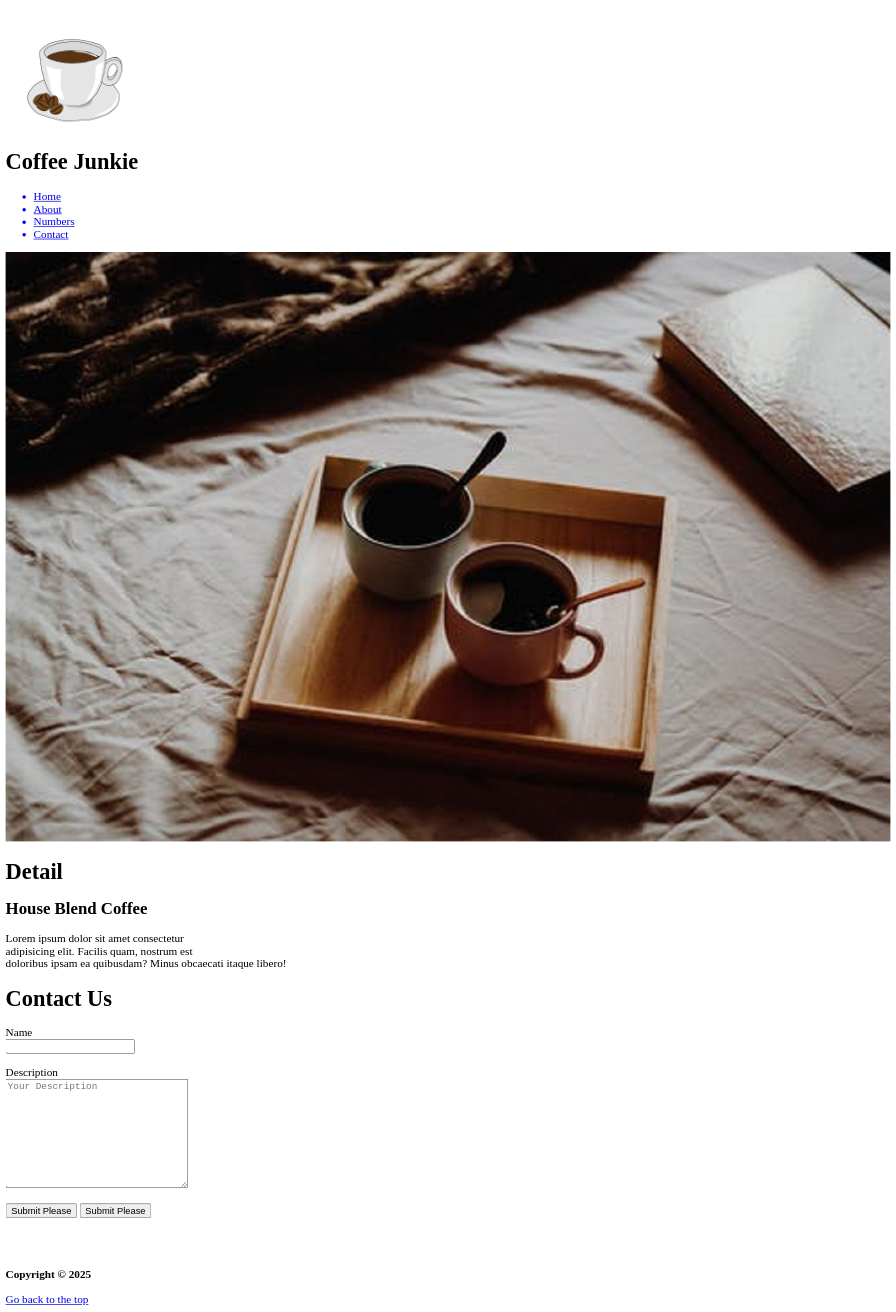
Repository: Tranghii/HTML-CSS
Page: HTML&CSS/miniExercise/index.html
These files come from the project's save history. The page is drawn as it stood at one moment and after a run of saves; the edit follows.
The browser window is 1280 px wide. The pictures show the whole page, at 70% of full size.

Above is the page before, as saved 2025-10-11 22:17:45.

### HTML&CSS/miniExercise/index.html
<!DOCTYPE html>
<html lang="en">
<head>
    <meta charset="UTF-8">
    <meta name="viewport" content="width=device-width, initial-scale=1.0">
    <title>Coffee Junkie Home</title>
</head>
<body>
    <div>
        <img id="top" src="images/coffeelogo.png" height="180" alt="coffee">
        <h1>Coffee Junkie</h1>
        <ul>
            <a href="#"><li>Home</li></a>
            <a href="about.html"><li>About</li></a>
            <a href="number.html"><li>Numbers</li></a>
            <a href="contact.html"><li>Contact</li></a>
        </ul>
        <img src="images/coffeeimage.jpeg" width="100%" alt="coffee">

        <div id="Detail">
            <h1>Detail</h1>
            <h2>House Blend Coffee</h2>
            <p>Lorem ipsum dolor sit amet consectetur <br>
                 adipisicing elit. Facilis quam, nostrum est <br>
                  doloribus ipsam ea quibusdam? Minus obcaecati itaque libero!</p>
            <form action="">
                <h1>Contact Us</h1>
                <label for="">Name</label> <br>
                <input type="text" name="Name" id="">
                <br><br>
                <label for="">Description</label><br>
                <textarea name="" id="" cols="30" rows="10" placeholder="Your Description"></textarea><br><br>
            <input type="submit" name="" value="Submit Please">
            <button type="submit"> Submit Please</button>
            </form>
            <br><br><br><br>
            <strong>Copyright &copy; 2025</strong><br><br>
            <a href="#top">Go back to the top</a>
        </div>
    </div>


</body>
</html>

After the next 8 saves:
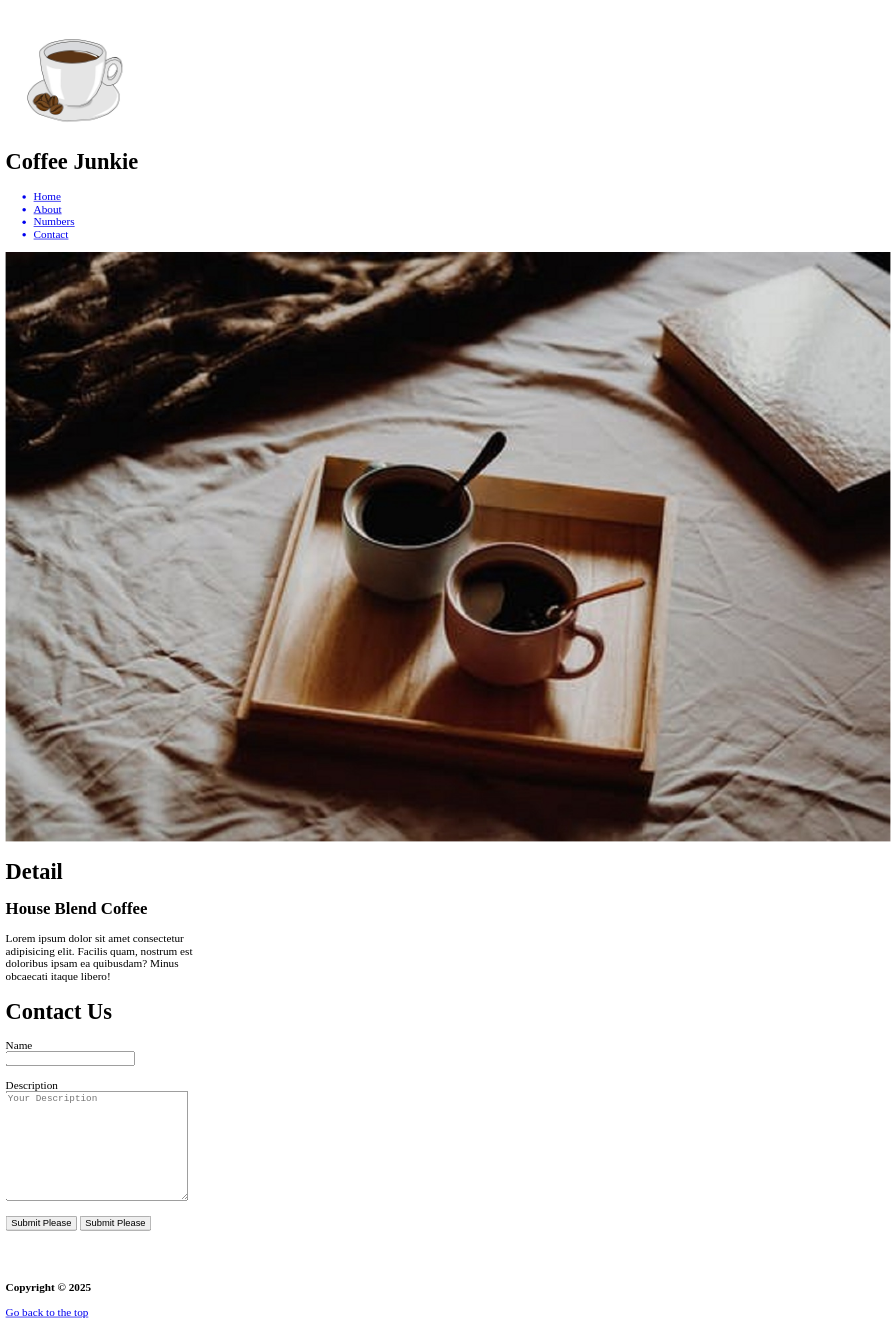
The 8 saves are shown as one change because they came seconds apart.
The last was saved 17 s later.
--- a/HTML&CSS/miniExercise/index.html
+++ b/HTML&CSS/miniExercise/index.html
@@ -21,8 +21,9 @@
             <h1>Detail</h1>
             <h2>House Blend Coffee</h2>
             <p>Lorem ipsum dolor sit amet consectetur <br>
-                 adipisicing elit. Facilis quam, nostrum est <br>
-                  doloribus ipsam ea quibusdam? Minus obcaecati itaque libero!</p>
+                adipisicing elit. Facilis quam, nostrum est <br>
+                doloribus ipsam ea quibusdam? Minus <br>
+                obcaecati itaque libero!</p>
             <form action="">
                 <h1>Contact Us</h1>
                 <label for="">Name</label> <br>
